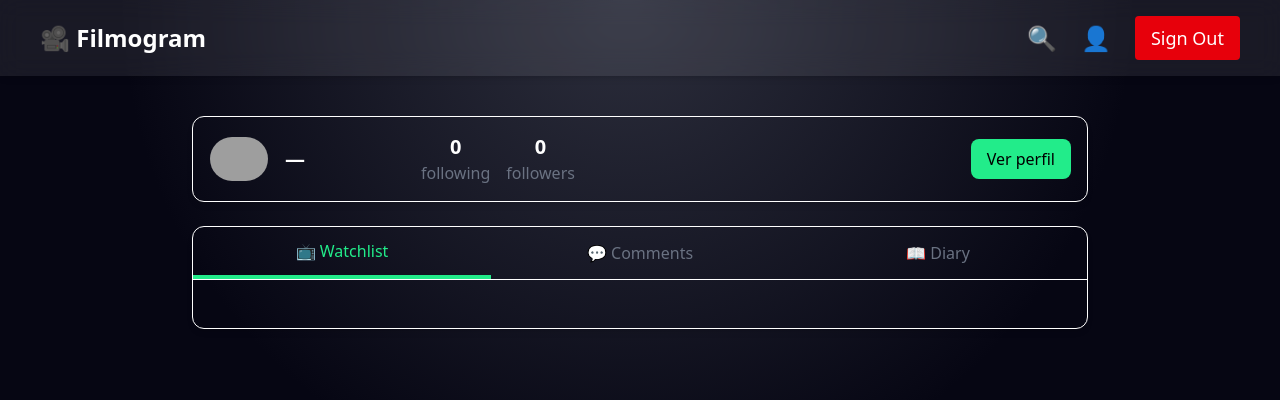
Repository: Leoonard1507/proyecto-final
Page: /client-profile
An editor plug-in stored every save of this project. The page is shown before and after the next save, followed by the edit.
The browser window is 1280 px wide. The pictures show the whole page.
Pictures or frames that could not be fetched are drawn as grey boxes. The page's requests for data from a server got no answer. The project was rebuilt for these pictures with package versions that can differ from the ones it lists, and the page was loaded fresh each time. The framework's server and built-in components were replaced by stand-ins that run in the browser. No one was signed in, and anything a server would have sent is missing. Also part of the build but not shown: next.config.ts, src/app/components/profileSections/userWatchlist.tsx, src/app/components/profileSections/userComments.tsx, src/app/components/profileSections/userDiary.tsx, src/libs/axios.ts, src/app/components/profileSections/searchFavsEdit.tsx, src/app/components/profileSections/addFavoritesModal.tsx, src/app/components/profileSections/FavMoviesList.tsx.

Above is the page before, as saved 2025-05-26 13:18:31.

### src/app/layout.tsx
// app/layout.tsx
"use client";

import { SessionProvider } from "next-auth/react";
import "../styles/globals.css";
import { ToastContainer } from 'react-toastify';
import 'react-toastify/dist/ReactToastify.css';


export default function RootLayout({ children }: { children: React.ReactNode }) {
  return (
    <html lang="es">
      <head>
        <title>Filmogram</title>
        <meta name="description" content="Gestiona tu perfil en El Santuario." />
      </head>
      <body className="flex flex-col text-white antialiased">
        {/* Fondo con contenedor dedicado */}
        <div className="min-h-screen w-full bg-radial-pattern">
          <SessionProvider>{children}</SessionProvider>
        </div>
        <ToastContainer />
      </body>
    </html>
  );
}

### src/app/client-profile/page.tsx
"use client";

import { useState, useEffect } from "react";
import { useSession } from "next-auth/react";
import Image from "next/image";
import Navbar from "@/app/components/Navbar";
import { toast } from "react-toastify";
import Watchlist from "../components/profileSections/userWatchlist";
import Comments from "../components/profileSections/userComments";
import Diary from "../components/profileSections/userDiary";
import FavoriteMoviesSection from "../components/profileSections/addFavoritesModal"; // para elegir favs
import FavoriteMoviesList from "../components/profileSections/FavMoviesList"; // para mostrar las favs en el perfil

export default function ProfilePage() {
  const { data: session } = useSession();

  const [name, setName] = useState("");
  const [nickname, setNickname] = useState("");
  const [usermail, setUsermail] = useState("");
  const [role, setRole] = useState("");
  const [birthdate, setBirthdate] = useState("");
  const [loading, setLoading] = useState(false);
  const [isModalOpen, setIsModalOpen] = useState(false);
  const [description, setDescription] = useState("");
  const [avatar, setAvatar] = useState("");
  const [userId, setUserId] = useState("");
  const [showDetails, setShowDetails] = useState(false);
  const [isPasswordModalOpen, setIsPasswordModalOpen] = useState(false);
  const [currentPassword, setCurrentPassword] = useState("");
  const [newPassword, setNewPassword] = useState("");
  const [repeatPassword, setRepeatPassword] = useState("");
  const [activeTab, setActiveTab] = useState("watchlist");
  const [followingCount, setFollowingCount] = useState<number | null>(null);

  useEffect(() => {
    if (session?.user?.id) {
      setUserId(session.user.id);
      fetchUserData(session.user.id);
      fetchFollowingCount(session.user.id);
    }
  }, [session]);

  const fetchFollowingCount = async (userId: string) => {
    try {
      const res = await fetch(`/api/seguidos/${userId}`);
      if (!res.ok) throw new Error("Failed to fetch following count");
      const data = await res.json();
      setFollowingCount(data[0]?.following_count ?? 0);
    } catch (error) {
      console.error("Error fetching following count:", error);
      setFollowingCount(0);
    }
  };

  const fetchUserData = async (userId: string) => {
    try {
      const res = await fetch(`/api/user/${userId}`);
      if (!res.ok) throw new Error("No se pudo obtener el usuario");
      const user = await res.json();

      setName(user.name || "");
      setUsermail(user.email || "");
      setRole(user.role || "");
      setBirthdate(user.birthdate || "");
      setNickname(user.nickName || "");
      setDescription(user.description || "");
      setAvatar(user.avatar || `https://api.dicebear.com/7.x/bottts/png?seed=${user.id}`);
      // setFavoriteMovies(user.favorites || []); // Si decides usar favoritas aquí
    } catch (error) {
      console.error("Error al cargar datos del usuario:", error);
    }
  };

  const updateUserProfile = async () => {
    setLoading(true);
    try {
      const dataToSend = {
        nickname,
        name,
        email: usermail,
        role,
        description,
        birthdate,
        avatar,
        currentPassword,
        newPassword,
        // favorites: favoriteMovies,
      };

      const response = await fetch("/api/user/update", {
        method: "POST",
        headers: { "Content-Type": "application/json" },
        body: JSON.stringify(dataToSend),
      });

      if (!response.ok) {
        const errorData = await response.json();
        console.error("Error en la respuesta:", errorData);
        throw new Error(errorData.message || "Error al actualizar el perfil");
      }

      const responseData = await response.json();
      toast.success(responseData.message);

      setIsModalOpen(false);
      setIsPasswordModalOpen(false);
      setCurrentPassword("");
      setNewPassword("");
      setRepeatPassword("");
      await fetchUserData(userId);
    } catch (error: any) {
      toast.error(error.message || "Error al actualizar el perfil");
      console.error(error);
    } finally {
      setLoading(false);
    }
  };

  const handleSubmit = (e: React.FormEvent) => {
    e.preventDefault();
    updateUserProfile();
  };

  return (
    <div className="min-h-screen text-white">
      {/* Navbar */}
      <Navbar />
      {/* Contenedor de perfil */}
      <div className="max-w-4xl mx-auto mt-10 space-y-6">
        {/* Perfil compacto */}
        <div className="flex items-center justify-between border rounded-xl shadow-md p-4">
          <div className="flex items-center space-x-4">
            <Image
              src={avatar || "https://api.dicebear.com/7.x/bottts/png?seed=default"}
              alt="Avatar"
              width={60}
              height={60}
              className="rounded-full border"
            />
            <span className="text-xl font-semibold">{nickname || "—"}</span>
            <div className="flex flex-col ml-25 items-center">
              <span className="text-base font-semibold text-xl">
                {followingCount !== null ? followingCount : "0"}
              </span>
              <span className="text-base text-gray-500">following</span>
            </div>
            <div className="flex flex-col items-center">
              <span className="text-base font-semibold text-xl">
                {followingCount !== null ? followingCount : "0"}
              </span>
              <span className="text-base text-gray-500">followers</span>
            </div>
          </div>
          <button
            onClick={() => setShowDetails((prev) => !prev)}
            className="bg-[#22ec8a] text-black px-4 py-2 rounded-lg hover:opacity-70 transition"
          >
            {showDetails ? "Ocultar perfil" : "Ver perfil"}
          </button>
        </div>

        {/* Perfil detallado */}
        {showDetails && (
          <div className="border rounded-xl shadow-inner p-6 space-y-6">
            <div className="grid grid-cols-1 sm:grid-cols-2 gap-4">
              <ProfileField label="Nombre completo" value={name} />
              <ProfileField label="Correo" value={usermail} />
              <ProfileField label="Fecha de nacimiento" value={birthdate} />
              <ProfileField label="Rol" value={role} />
              <div className="sm:col-span-2">
                <ProfileField label="Descripción" value={description} />
              </div>
            </div>
            <div className="flex space-x-4">
              <button
                type="button"
                disabled={loading}
                onClick={() => setIsModalOpen(true)}
                className="bg-[#22ec8a] text-black px-4 py-2 rounded-md hover:opacity-70 transition"
              >
                Editar perfil
              </button>
              <button
                type="button"
                disabled={loading}
                onClick={() => setIsPasswordModalOpen(true)}
                className="bg-gray-200 text-gray-800 px-4 py-2 rounded-md hover:bg-gray-300 transition"
              >
                Cambiar contraseña
              </button>
            </div>
          </div>
        )}

        {/* Mostrar las favoritas */}
        {userId && (
          <div className="border rounded-xl shadow-md p-6 mt-6">
            <FavoriteMoviesList userId={userId} />
          </div>
        )}

        {/* Tabs para mostrar contenido */}
        <div className="border rounded-xl shadow-md">
          <div className="flex border-b">
            <button
              onClick={() => setActiveTab("watchlist")}
              className={`flex-1 py-3 text-center font-medium ${
                activeTab === "watchlist"
                  ? "border-b-4 border-[#22ec8a] text-[#22ec8a]"
                  : "text-gray-500 hover:text-[#22ec8a]"
              }`}
            >
              📺 Watchlist
            </button>
            <button
              onClick={() => setActiveTab("comments")}
              className={`flex-1 py-3 text-center font-medium ${
                activeTab === "comments"
                  ? "border-b-4 border-[#22ec8a] text-[#22ec8a]"
                  : "text-gray-500 hover:text-[#22ec8a]"
              }`}
            >
              💬 Comments
            </button>
            <button
              onClick={() => setActiveTab("diary")}
              className={`flex-1 py-3 text-center font-medium ${
                activeTab === "diary"
                  ? "border-b-4 border-[#22ec8a] text-[#22ec8a]"
                  : "text-gray-500 hover:text-[#22ec8a]"
              }`}
            >
              📖 Diary
            </button>
          </div>
          <div className="p-6">
            {activeTab === "watchlist" && userId && <Watchlist userId={userId} />}
            {activeTab === "comments" && userId && <Comments userId={userId} />}
            {activeTab === "diary" && userId && <Diary userId={userId} />}
          </div>
        </div>
      </div>

      {/* Modal cambiar contraseña */}
      {isPasswordModalOpen && (
        <div className="fixed inset-0 bg-black bg-opacity-40 flex justify-center items-center z-50">
          <div className="bg-white text-black p-8 rounded-lg max-w-md w-full relative shadow-lg">
            <button
              onClick={() => setIsPasswordModalOpen(false)}
              className="absolute top-3 right-3 text-gray-600 hover:text-gray-800 text-xl"
              aria-label="Close password modal"
            >
              ✖
            </button>

            <h2 className="text-2xl font-bold mb-5">Change Password</h2>

            <form
              onSubmit={async (e) => {
                e.preventDefault();
                if (newPassword !== repeatPassword) {
                  alert("Las contraseñas nuevas no coinciden.");
                  return;
                }

                try {
                  await updateUserProfile();
                  setIsPasswordModalOpen(false);
                  setCurrentPassword("");
                  setNewPassword("");
                  setRepeatPassword("");
                } catch (err) {
                  alert(err);
                  console.error(err);
                }
              }}
              className="space-y-4"
            >
              <Input label="Current password" value={currentPassword} onChange={setCurrentPassword} type="password" />
              <Input label="New password" value={newPassword} onChange={setNewPassword} type="password" />
              <Input label="Repeat new password" value={repeatPassword} onChange={setRepeatPassword} type="password" />

              <button
                type="submit"
                className="bg-blue-600 text-white w-full p-2 rounded-lg hover:bg-blue-700 transition"
              >
                Save New Password
              </button>
            </form>
          </div>
        </div>
      )}

      {/* Modal editar perfil */}
      {isModalOpen && (
        <div className="fixed inset-0 bg-black bg-opacity-40 flex justify-center items-center z-50">
          <div className="bg-white text-black p-6 rounded-lg max-w-xl w-full relative shadow-lg space-y-4">
            <button
              onClick={() => setIsModalOpen(false)}
              className="absolute top-3 right-3 text-gray-600 hover:text-gray-800 text-xl"
              aria-label="Close profile edit modal"
            >
              ✖
            </button>

            <h2 className="text-2xl font-bold">Editar perfil</h2>

            <form onSubmit={handleSubmit} className="space-y-4">
              <div>
                <label className="block font-medium mb-1">Avatar</label>
                <div className="flex space-x-3">
                  {["cat", "robot", "alien", "monster", "Sawyer"].map((type) => {
                    const url = `https://api.dicebear.com/7.x/bottts/png?seed=${type}`;
                    return (
                      <Image
                        key={type}
                        src={url}
                        alt={`avatar ${type}`}
                        width={60}
                        height={60}
                        onClick={() => setAvatar(url)}
                        className={`cursor-pointer rounded-full border-2 ${
                          avatar === url ? "border-blue-600" : "border-transparent"
                        }`}
                      />
                    );
                  })}
                </div>
              </div>

              <Input label="Nombre" value={name} onChange={setName} />
              <Input label="Apodo" value={nickname} onChange={setNickname} />
              <Input label="Fecha de nacimiento" value={birthdate} onChange={setBirthdate} />
              <Input label="Descripción" value={description} onChange={setDescription} />

              {/* la sección de películas favoritas */}
              <div>
                <h3 className="font-semibold mb-1">Favorite films</h3>
                {session?.user?.id && <FavoriteMoviesSection userId={session.user.id} />}
              </div>

              <button
                type="submit"
                className="bg-blue-600 text-white w-full py-2 rounded hover:bg-blue-700 disabled:opacity-50"
                disabled={loading}
              >
                {loading ? "Saving..." : "Save Changes"}
              </button>
            </form>
          </div>
        </div>
      )}
    </div>
  );
}

// Componente reutilizable para mostrar campos
function ProfileField({ label, value }: { label: string; value: string }) {
  return (
    <div>
      <label className="block text-sm font-medium text-[#22ec8a] mb-1">{label}</label>
      <p className="text-white border border-gray-700 rounded p-2">{value || "—"}</p>
    </div>
  );
}

// Componente reutilizable de inputs
function Input({
  label,
  value,
  onChange,
  type = "text",
}: {
  label: string;
  value: string;
  onChange: (val: string) => void;
  type?: string; // Nuevo prop opcional
}) {
  return (
    <div>
      <label className="block text-sm font-medium mb-1">{label}</label>
      <input
        type={type}
        value={value}
        onChange={(e) => onChange(e.target.value)}
        className="w-full border border-gray-300 p-2 rounded"
      />
    </div>
  );
}

### src/styles/globals.css
@import "tailwindcss";

html, body {
  margin: 0;
  padding: 0;
  box-sizing: border-box;
}

* {
  box-sizing: inherit;
}

/* Fondo radial aplicado sólo a una clase */
.bg-radial-pattern {
  background: radial-gradient(circle at 49% 0, #2d2f3d, #070714 51%, #060613 52%);
  background-repeat: no-repeat;
  background-size: cover;
  background-attachment: fixed;
}

@layer utilities {
  .mask-fade {
    -webkit-mask-image: radial-gradient(circle, rgba(0, 0, 0, 1) 0%, rgba(0, 0, 0, 0) 100%);
    mask-image: radial-gradient(circle, rgba(0, 0, 0, 1) 0%, rgba(0, 0, 0, 0) 100%);
  }
}

/* Para movie-details */
.fade-mask-movie-details {
  -webkit-mask-image: linear-gradient(to bottom, rgba(0, 0, 0, 1) 10%, rgba(0, 0, 0, 0));
  mask-image: linear-gradient(to bottom, rgba(0, 0, 0, 1) 10%, rgba(0, 0, 0, 0));
  -webkit-mask-size: 100% 100%;
  mask-size: 100% 100%;
  -webkit-mask-repeat: no-repeat;
  mask-repeat: no-repeat;
}

.custom-scrollbar {
  scrollbar-width: thick;
  scrollbar-color: #333 #222;
  overflow-x: auto; /* Para el desplazamiento horizontal */
  overflow-y: auto;
}

.custom-scrollbar::-webkit-scrollbar {
  height: 20px;
}

.custom-scrollbar::-webkit-scrollbar-track {
  background: #222;
}

.custom-scrollbar::-webkit-scrollbar-thumb {
  background: #333;
  border-radius: 10px;
}

.custom-scrollbar::-webkit-scrollbar-thumb:hover {
  background: #6b6b6b;
}

### src/app/components/Navbar.tsx
'use client';

import Link from 'next/link';
import { useRouter } from 'next/navigation';

export default function Navbar() {
    const router = useRouter();

    const handleLogout = () => {
        // Aquí podrías limpiar cookies, localStorage, o llamar a un endpoint
        // Por ahora simulamos cierre de sesión redirigiendo al login
        // localStorage.removeItem('token'); (si lo usas)
        router.push('/');
    };

    return (
        <nav className="sticky top-0 z-50 text-white px-10 py-4 flex justify-between items-center shadow-md bg-white/8 backdrop-blur-md">
            <div className="text-2xl font-bold">
                <Link href="/home-page">🎥 Filmogram</Link>
            </div>
            <ul className="flex space-x-6 items-center text-lg">
                <li>
                    <Link href="/search" className="hover:text-red-400 transition text-2xl">🔍</Link>
                </li>
                <li>
                    <Link href="/client-profile" className="hover:text-red-400 transition text-2xl">👤</Link>
                </li>
                <li>
                    <button
                        onClick={handleLogout}
                        className="bg-red-600 px-4 py-2 rounded hover:bg-red-700 transition"
                    >
                        Sign Out
                    </button>
                </li>
            </ul>
        </nav>
    );
}

After the next save:
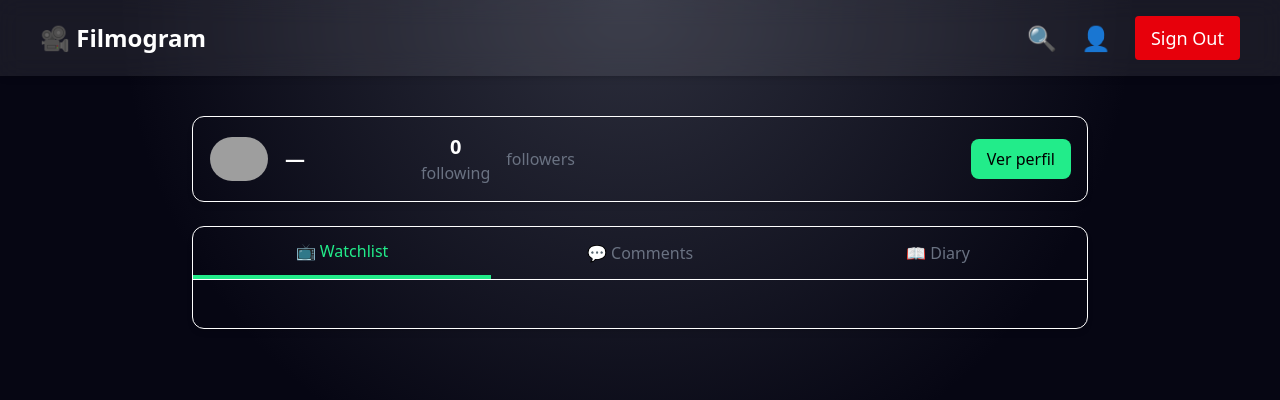
Saved 26 s later.
--- a/src/app/client-profile/page.tsx
+++ b/src/app/client-profile/page.tsx
@@ -146,7 +146,7 @@ export default function ProfilePage() {
             </div>
             <div className="flex flex-col items-center">
               <span className="text-base font-semibold text-xl">
-                {followingCount !== null ? followingCount : "0"}
+
               </span>
               <span className="text-base text-gray-500">followers</span>
             </div>
